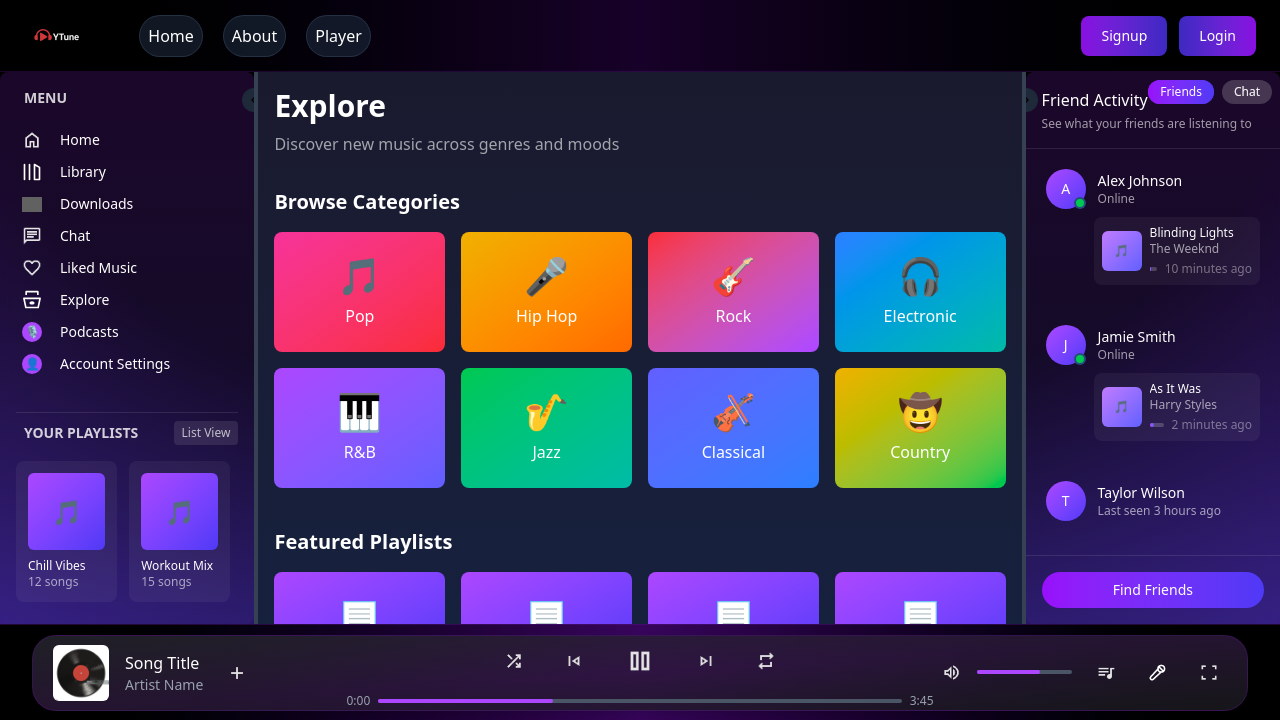
Repository: piyushsudame/y-tune-frontend
Page: /player/explore
An editor plug-in stored every save of this project. The page is shown before and after the next save, followed by the edit.
The browser window is 1280 px wide. The pictures show the whole page.
Pictures or frames that could not be fetched are drawn as grey boxes. The page's requests for data from a server got no answer. An inner scrolling area shows only its first screen. The project was rebuilt for these pictures with package versions that can differ from the ones it lists, and the page was loaded fresh each time. Some packages were replaced by stand-ins written for this rebuild. The framework's server and built-in components were replaced by stand-ins that run in the browser. No one was signed in, and anything a server would have sent is missing. Also part of the build but not shown: next.config.mjs.

Above is the page before, as saved 2025-05-30 15:45:12.

After the next save:
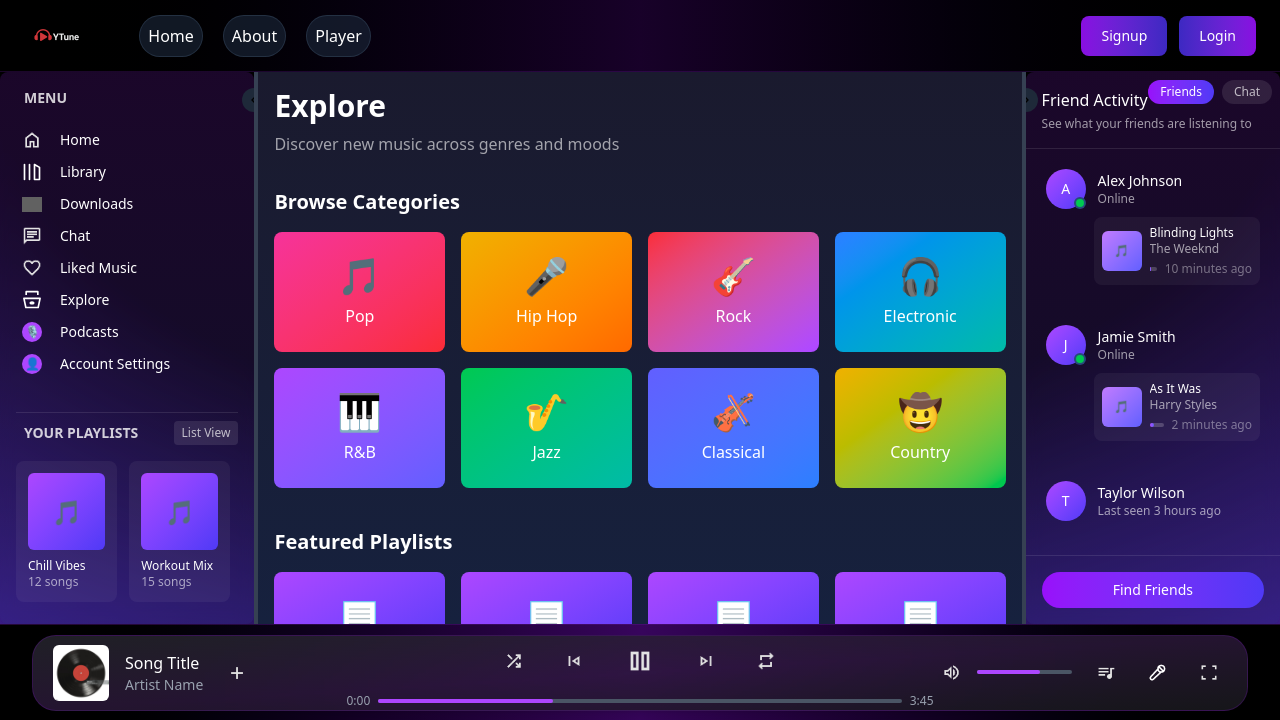
Saved 18 s later.
--- a/app/player/layout.js
+++ b/app/player/layout.js
@@ -54,37 +54,21 @@ export default function Layout({ children }) {
                         collapsible={true}
                     >
                         <div className="h-full overflow-hidden relative">
-                            {/* Toggle buttons */}
-                            <div className="absolute top-2 right-2 z-10 flex space-x-2">
-                                <button
-                                    onClick={() => setShowChat(false)}
-                                    className={`px-3 py-1 rounded-full text-xs ${!showChat
-                                        ? 'bg-gradient-to-r from-purple-600 to-indigo-600 text-white'
-                                        : 'bg-white/10 text-white/70 hover:bg-white/20'}`}
-                                >
-                                    Friends
-                                </button>
-                                <button
-                                    onClick={() => setShowChat(true)}
-                                    className={`px-3 py-1 rounded-full text-xs ${showChat
-                                        ? 'bg-gradient-to-r from-purple-600 to-indigo-600 text-white'
-                                        : 'bg-white/10 text-white/70 hover:bg-white/20'}`}
-                                >
-                                    Chat
-                                </button>
-                            </div>
-
                             {/* Content panels */}
                             <div className={`h-full transition-opacity duration-300 ${showChat ? 'opacity-100' : 'opacity-0 pointer-events-none absolute inset-0'}`}>
                                 <ChatWindow
                                     collapsed={rightCollapsed}
                                     onCollapse={() => setRightCollapsed(!rightCollapsed)}
+                                    isActive={showChat}
+                                    onToggle={setShowChat}
                                 />
                             </div>
                             <div className={`h-full transition-opacity duration-300 ${!showChat ? 'opacity-100' : 'opacity-0 pointer-events-none absolute inset-0'}`}>
                                 <FriendsActivity
                                     collapsed={rightCollapsed}
                                     onCollapse={() => setRightCollapsed(!rightCollapsed)}
+                                    isActive={showChat}
+                                    onToggle={setShowChat}
                                 />
                             </div>
                         </div>
